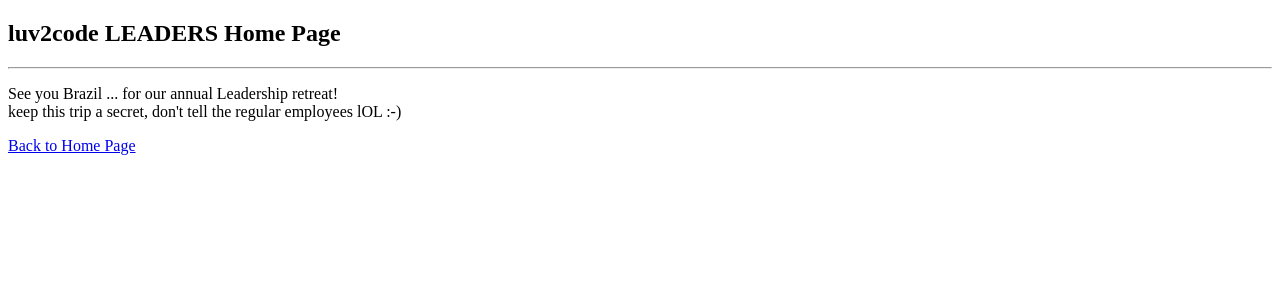
Repository: ldh9282/spring-security
Page: http://localhost/spring-security-demo-07-user-roles/systems
These files come from the project's save history. The page is drawn as it stood at one moment and after the next save; the edit follows.
The browser window is 1280 px wide. The pictures show the whole page.
The page is served by Tomcat 9. Other server files are loaded and not shown.

Above is the page before, as saved 2022-12-16 14:08:39.

### spring-security-demo-07-user-roles/src/main/webapp/WEB-INF/view/systems.jsp
<%@ page language="java" contentType="text/html; charset=UTF-8"
    pageEncoding="UTF-8"%>
<!DOCTYPE html>
<html>
<head>
<meta charset="UTF-8">
	<title>luv2code LEADERS Home Page</title>
</head>

<body>

<h2>luv2code LEADERS Home Page</h2>

<hr>

<p>
	See you Brazil ... for our annual Leadership retreat!
	<br>
	keep this trip a secret, don't tell the regular employees lOL :-)
</p>

<a href="${pageContext.request.contextPath }">Back to Home Page</a>

</body>
</html>

After the next save:
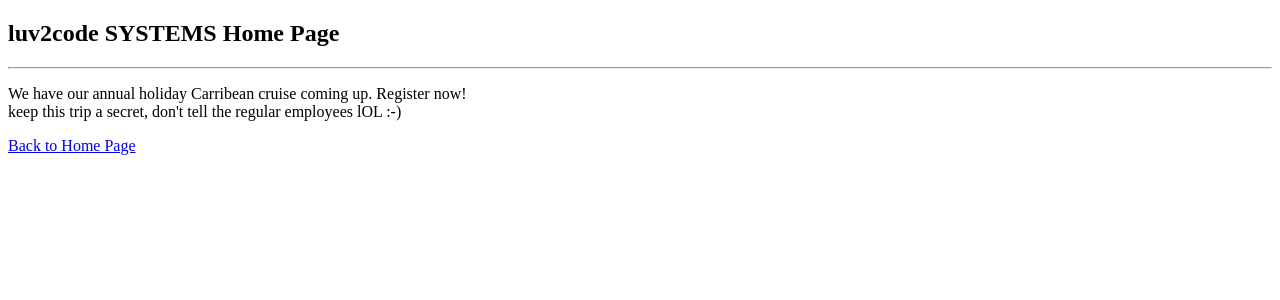
Saved 57 s later.
--- a/spring-security-demo-07-user-roles/src/main/webapp/WEB-INF/view/systems.jsp
+++ b/spring-security-demo-07-user-roles/src/main/webapp/WEB-INF/view/systems.jsp
@@ -4,17 +4,17 @@
 <html>
 <head>
 <meta charset="UTF-8">
-	<title>luv2code LEADERS Home Page</title>
+	<title>luv2code SYSTEMS Home Page</title>
 </head>
 
 <body>
 
-<h2>luv2code LEADERS Home Page</h2>
+<h2>luv2code SYSTEMS Home Page</h2>
 
 <hr>
 
 <p>
-	See you Brazil ... for our annual Leadership retreat!
+	We have our annual holiday Carribean cruise coming up. Register now!
 	<br>
 	keep this trip a secret, don't tell the regular employees lOL :-)
 </p>
